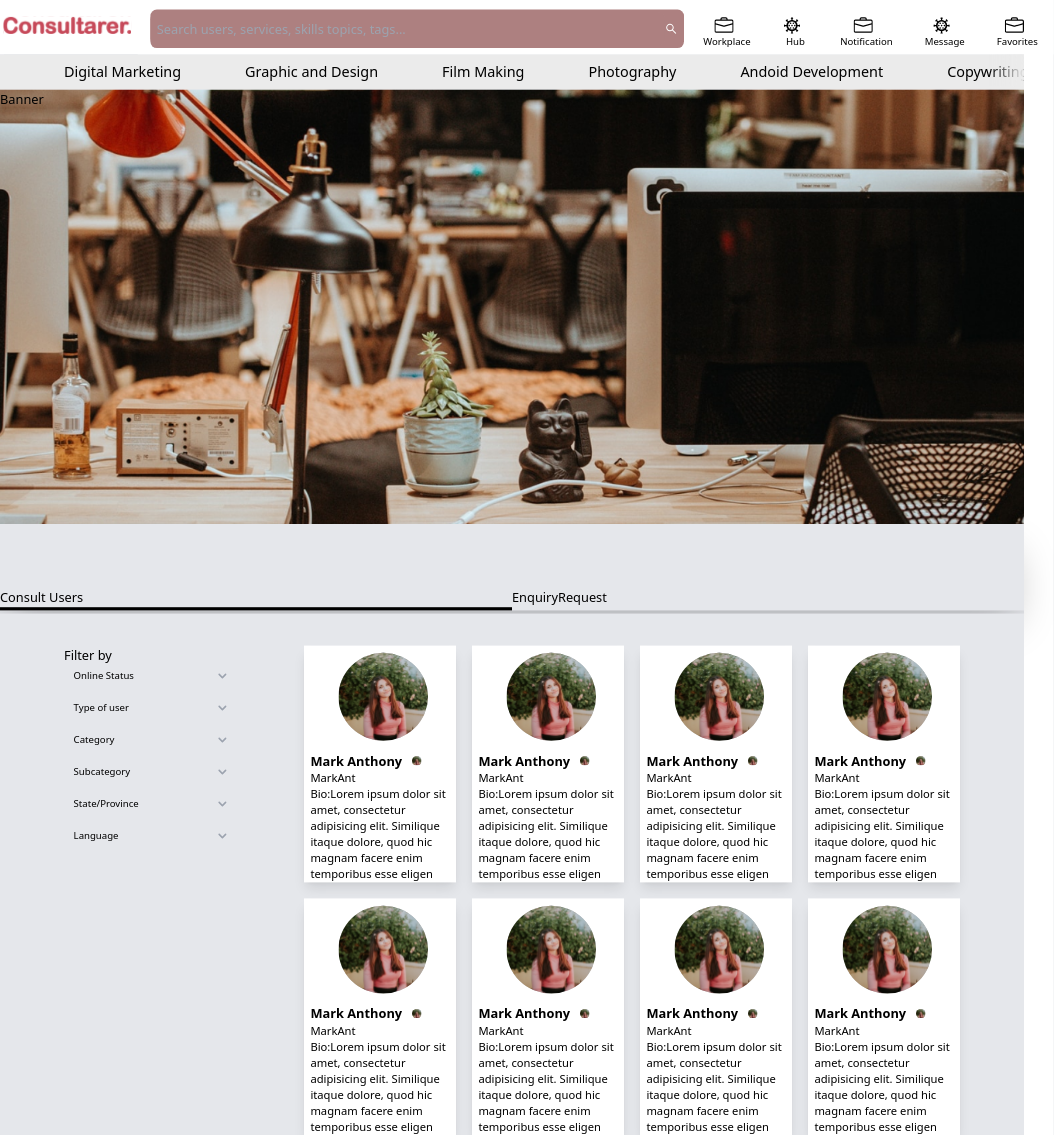
Repository: hisreal123/Consultarer
Page: /
These files come from the project's save history. The page is drawn as it stood at one moment and after a run of saves; the edit follows.
The browser window is 1280 px wide. The page is 1317 px wide, so the pictures cover 1317 px, including what lies to the right of the window. The pictures show the whole page, at 80% of full size.
The project was rebuilt for these pictures with package versions that can differ from the ones it lists, and the page was loaded fresh each time. The framework's server and built-in components were replaced by stand-ins that run in the browser. Also part of the build but not shown: next.config.js, webpack.config.js, components/Filter/Sortby.js.

Above is the page before, as saved 2022-04-26 00:26:19.

After the next 2 saves:
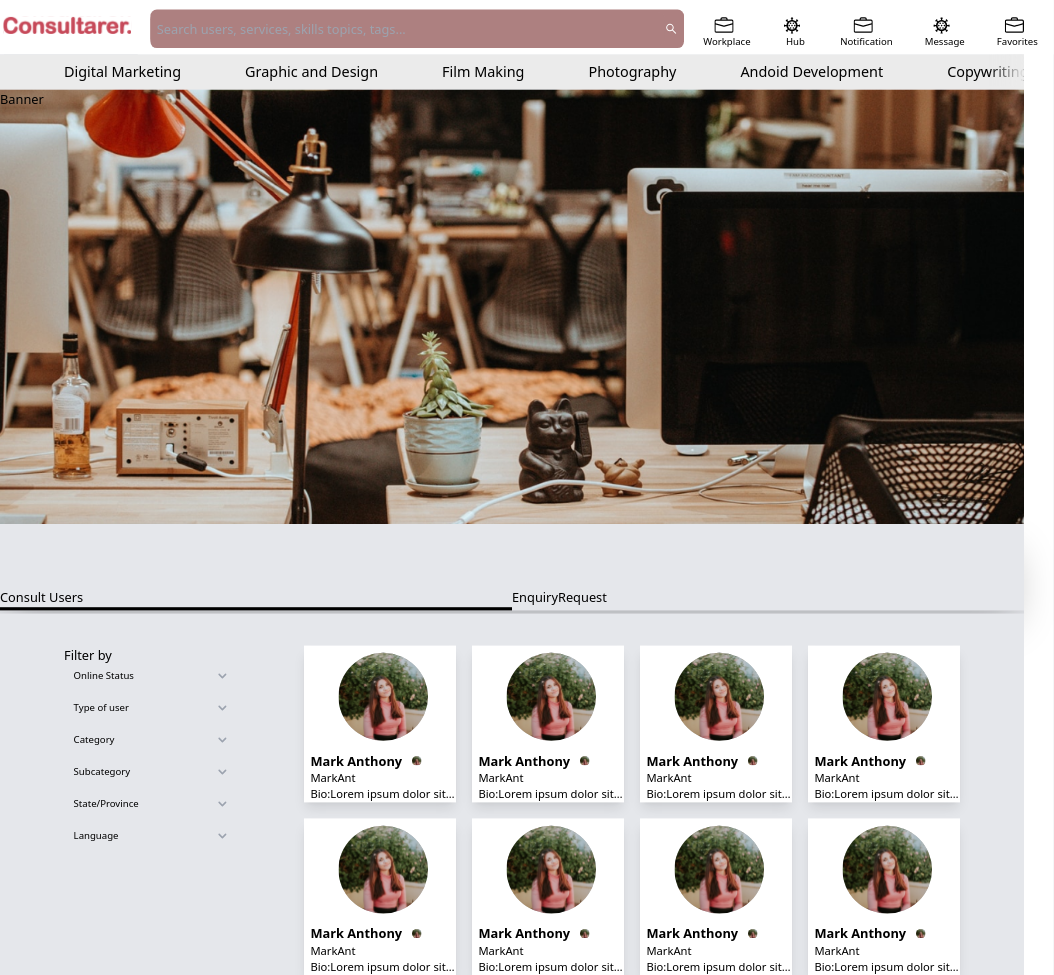
The 2 saves are shown as one change because they came seconds apart.
The last was saved 6 s later.
--- a/components/CardContent/UserCard.js
+++ b/components/CardContent/UserCard.js
@@ -135,7 +135,7 @@
                 </h2>
                 <h3 className=" font-medium text-sm"> {user.username} </h3>
 
-                <p className="text-sm">
+                <p className="text-sm truncate">
                   Bio:
                   <span>
                     Lorem ipsum dolor sit amet, consectetur adipisicing elit.

After the 2 saves that followed:
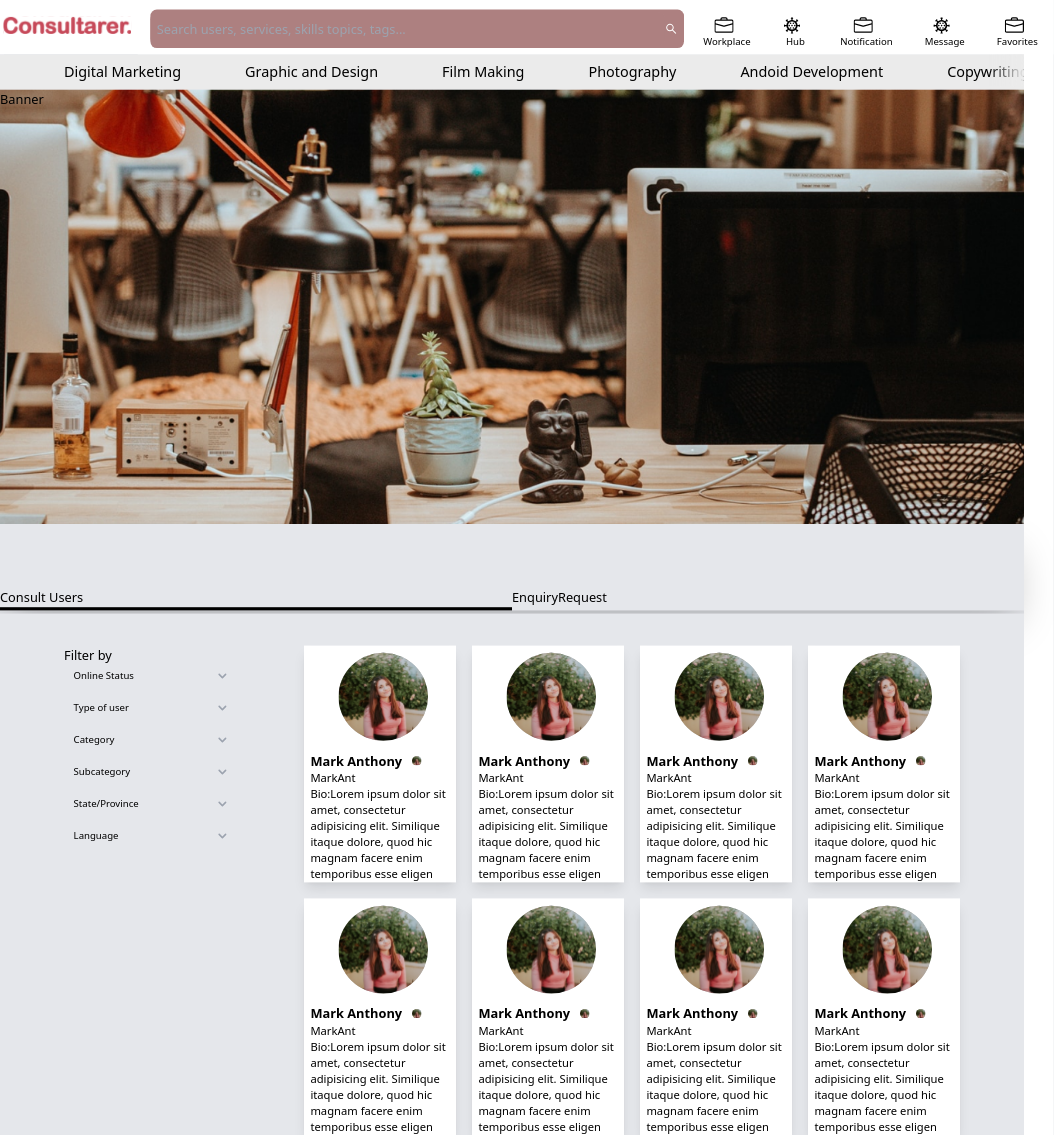
The 2 saves are shown as one change because they came seconds apart.
The last was saved 13 s later.
--- a/components/CardContent/UserCard.js
+++ b/components/CardContent/UserCard.js
@@ -135,7 +135,7 @@
                 </h2>
                 <h3 className=" font-medium text-sm"> {user.username} </h3>
 
-                <p className="text-sm truncate">
+                <p className="text-sm tru">
                   Bio:
                   <span>
                     Lorem ipsum dolor sit amet, consectetur adipisicing elit.
